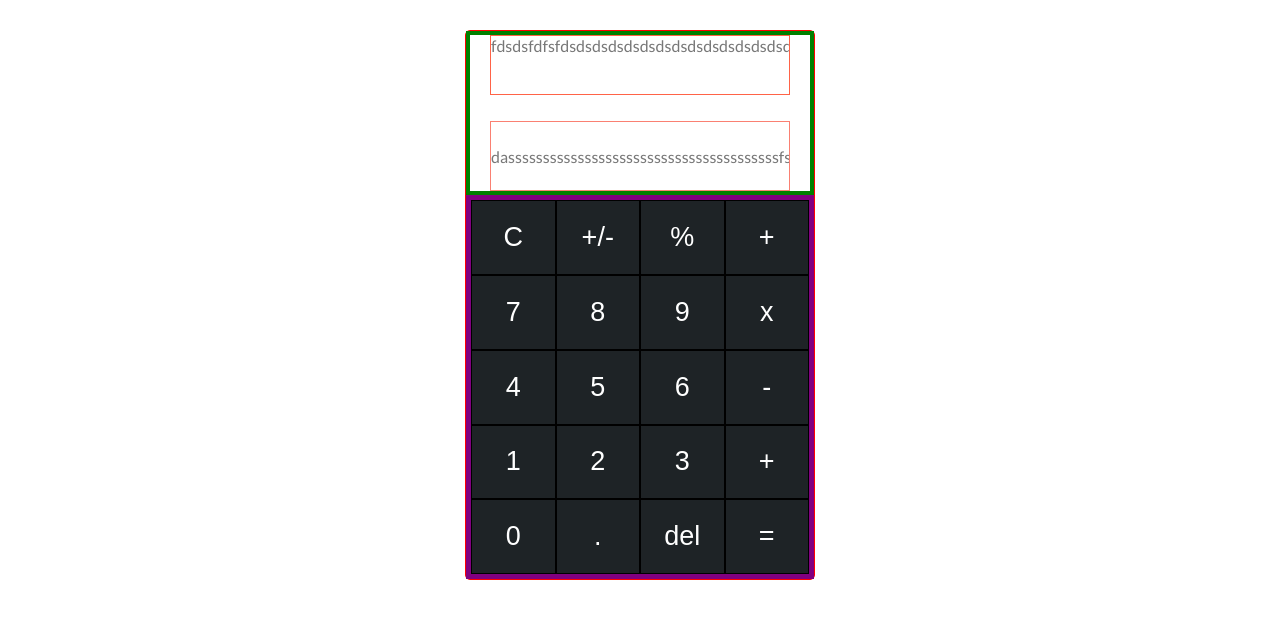
Repository: OfirLana/Calculator
Page: index.html
The author's editor kept a copy of each file at every save. The page is drawn from the files as they stood at one save, then again after a run of saves.
The browser window is 1280 px wide. The pictures show the whole page.

Above is the page before, as saved 2019-03-12 19:51:12.

### index.html
<!DOCTYPE html>
<html lang="en">

<head>
    <meta charset="UTF-8">
    <meta name="viewport" content="width=device-width, initial-scale=1.0">
    <meta http-equiv="X-UA-Compatible" content="ie=edge">
    <link href="https://fonts.googleapis.com/css?family=Lato:100,300,400,700,900" rel="stylesheet">
    <title>Document</title>
    <link rel="stylesheet" href="style.css">
</head>

<body>
    <div class="calculator">
        <div class="output_box">
            <div class="main_output">

                fdsdsfdfsfdsdsdsdsdsdsdsdsdsdsdsdsdsdsdsdsdsdsdsfdssssssfdsssssssssss

            </div>
            <div class="sub_output">

                dasssssssssssssssssssssssssssssssssssssssfsddfsfsd

            </div>
        </div>


        <div class="opeartor_box">
            <button class="opeartor_button">C</button>
            <button class="opeartor_button">+/-</button>
            <button class="opeartor_button">%</button>
            <button class="opeartor_button">+</button>
            <button class="opeartor_button">7</button>
            <button class="opeartor_button">8</button>
            <button class="opeartor_button">9</button>
            <button class="opeartor_button">x</button>
            <button class="opeartor_button">4</button>
            <button class="opeartor_button">5</button>
            <button class="opeartor_button">6</button>
            <button class="opeartor_button">-</button>
            <button class="opeartor_button">1</button>
            <button class="opeartor_button">2</button>
            <button class="opeartor_button">3</button>
            <button class="opeartor_button">+</button>
            <button class="opeartor_button">0</button>
            <button class="opeartor_button">.</button>
            <button class="opeartor_button">del</button>
            <button class="opeartor_button">=</button>


        </div>








    </div>
    <script src="index.js"></script>
</body>

</html>

### style.css
* {
    margin: 0;
    padding: 0;
    box-sizing: border-box;
}

html {
    font-size: 62.5%;
}

body {
    font-family: "Lato", sans-serif;
    font-size: 1.6rem;
    color: #777;
    padding: 3rem;
}

.calculator {
    display: flex;
    flex-direction: column;
    margin: 0 auto;
    width: 35rem;
    height: 55rem;
    border: 1px solid red;
    border-radius: 5px;
}

.output_box {
    display: flex;
    flex-direction: column;
    flex-basis: 30%;
    border: 4px solid green;
    width: 100%;
    justify-content: space-between;
    padding:0px 20px;
}

.main_output {
    display: flex;
    border: 1px solid blue;
    height: 6rem;
    /* background:blue; */
  border:1px solid tomato;
    width:100%;

    text-align:end;
    overflow: hidden;
}






.sub_output {
    display: flex;
    border: 1px solid salmon;
    height: 7rem;
    /* background:red; */
    display:flex;
    align-items: center;
    overflow: hidden;
}

.opeartor_box{
    display:flex;
    /* flex-direction: column; */
    flex-wrap:wrap;
    width:100%;
    border:5px solid purple;
    flex-basis:70%;
}

.opeartor_button{
    width:25%;
    height:20%;
    background:#1E2326;
    border: 1px solid black;
    color:white;
    font-size:27px;
    font-weight:100;
}

.opeartor_button:active{
    background:blue;
    border:1px solid black;
}

Loaded but not shown: index.js (no copy from this time; the picture is the same without it)

After the next 2 saves:
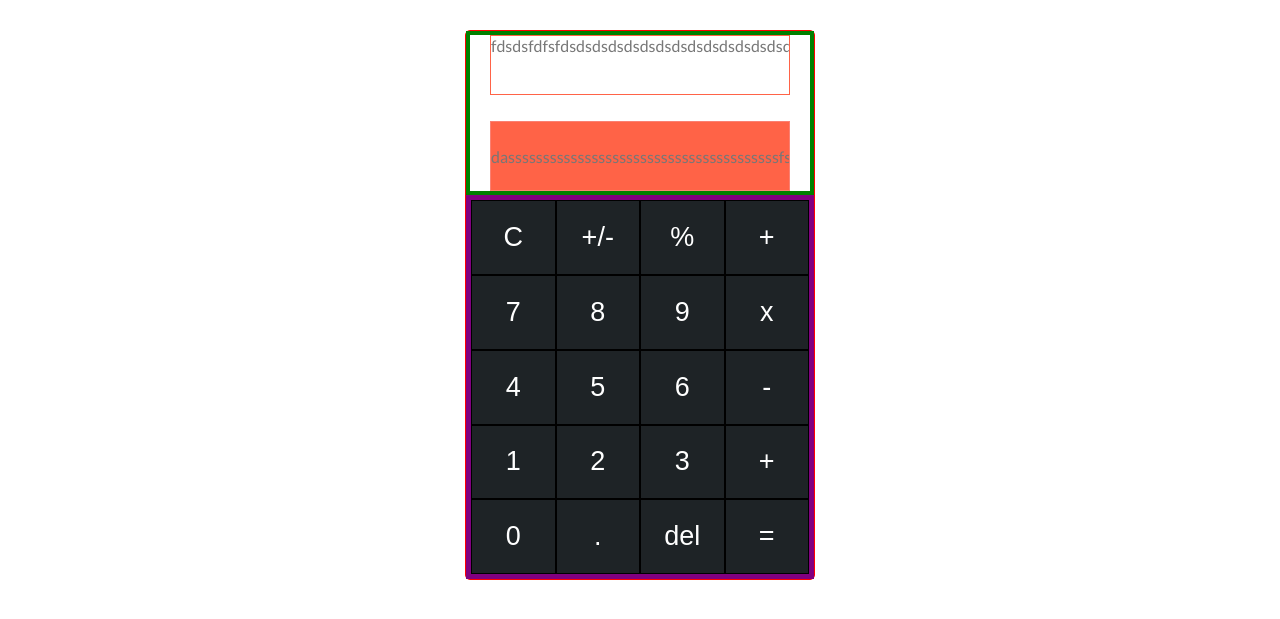
The 2 saves are shown as one change because they came seconds apart.
The last was saved 18 s later.
--- a/style.css
+++ b/style.css
@@ -60,6 +60,7 @@ body {
     display:flex;
     align-items: center;
     overflow: hidden;
+    background:tomato;
 }
 
 .opeartor_box{
